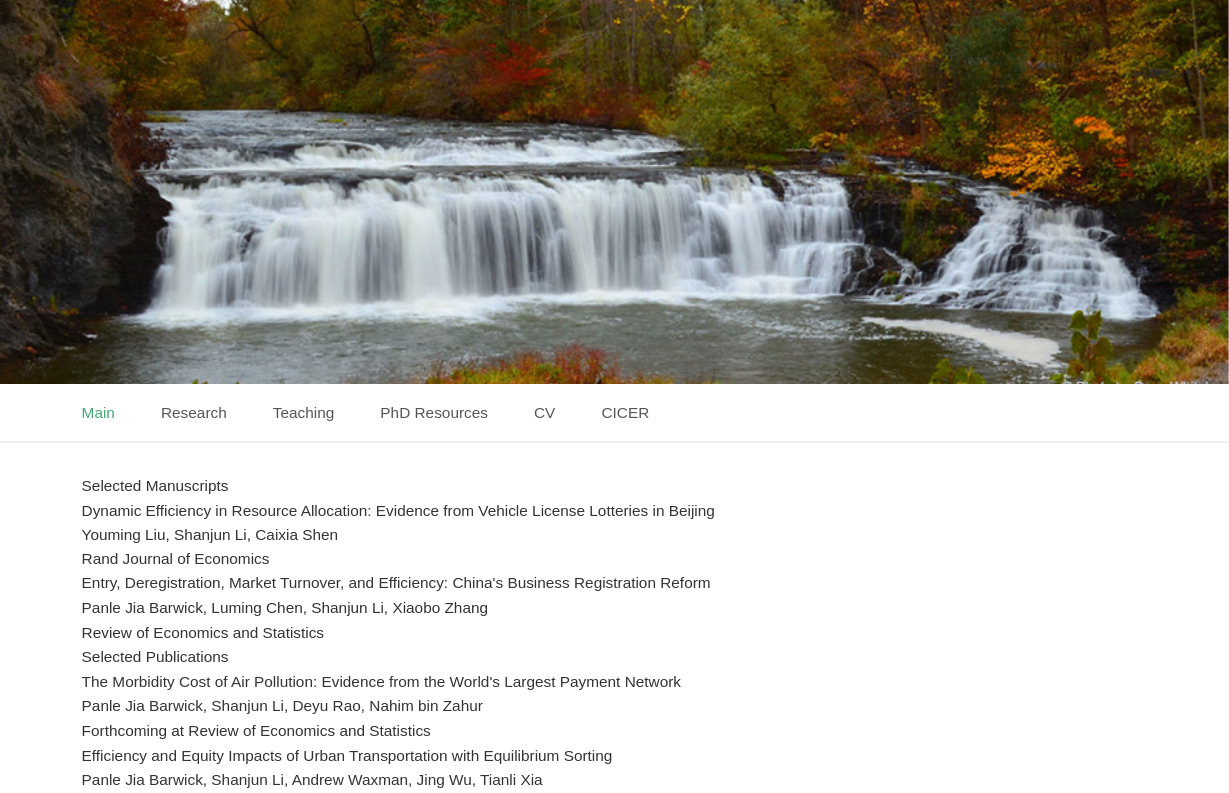
Repository: huang-heavenly-Emperor/k1_project
Page: index.html
The author's editor kept a copy of each file at every save. The page is drawn from the files as they stood at one save, then again after the next save.
The browser window is 1280 px wide. The pictures show the whole page, at 96% of full size.

Above is the page before, as saved 2024-11-17 02:59:37.

After the next save:
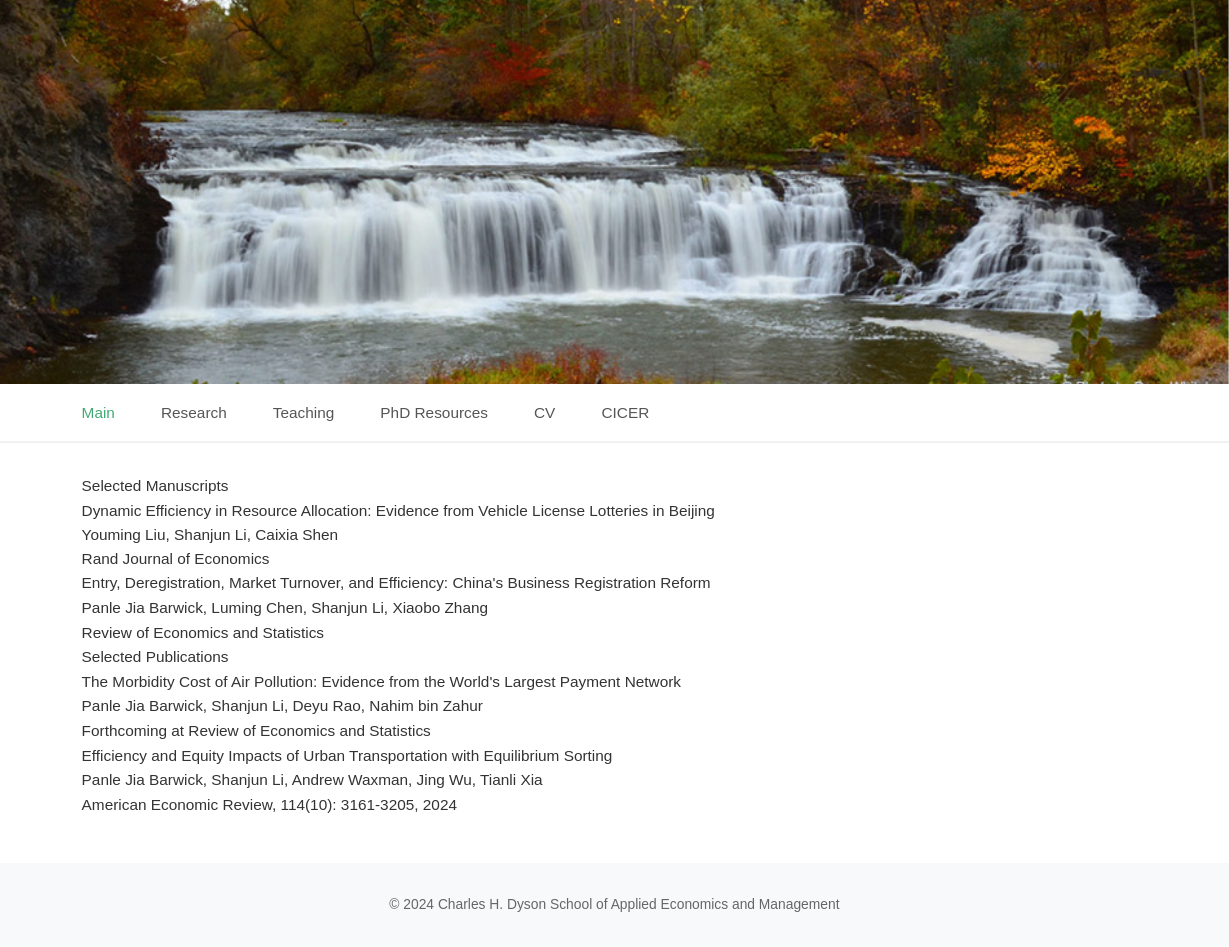
Saved 1 s later.
--- a/index.html
+++ b/index.html
@@ -54,3 +54,15 @@
                 <li>
                     <p class="title">Efficiency and Equity Impacts of Urban Transportation with Equilibrium Sorting</p>
                     <p class="authors">Panle Jia Barwick, Shanjun Li, Andrew Waxman, Jing Wu, Tianli Xia</p>
+                    <p class="journal">American Economic Review, 114(10): 3161-3205, 2024</p>
+                </li>
+            </ul>
+        </section>
+    </main>
+
+    <footer>
+        <div class="container">
+            <p>© 2024 Charles H. Dyson School of Applied Economics and Management</p>
+        </div>
+    </footer>
+</body>
